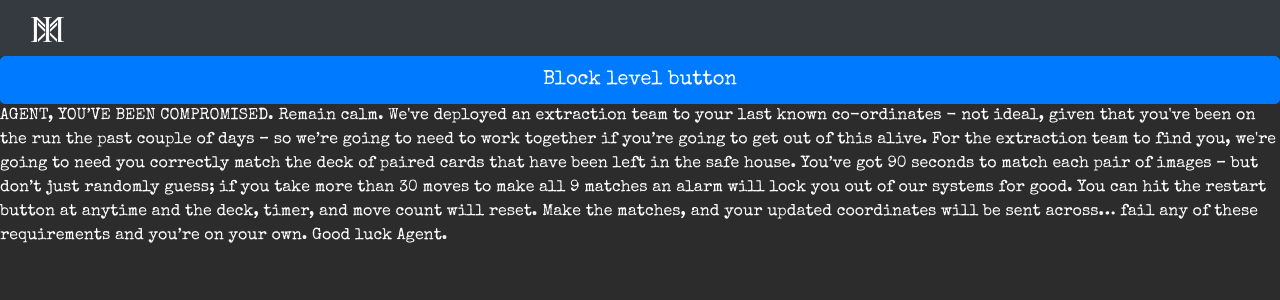
Repository: Code-Institute-Submissions/Milestone-25
Page: index.html
The author's editor kept a record of every edit. The page is drawn from the files as they stood at one moment, then again after the next edit.
The browser window is 1280 px wide. The pictures show the whole page.

Above is the page before.

After the next edit:
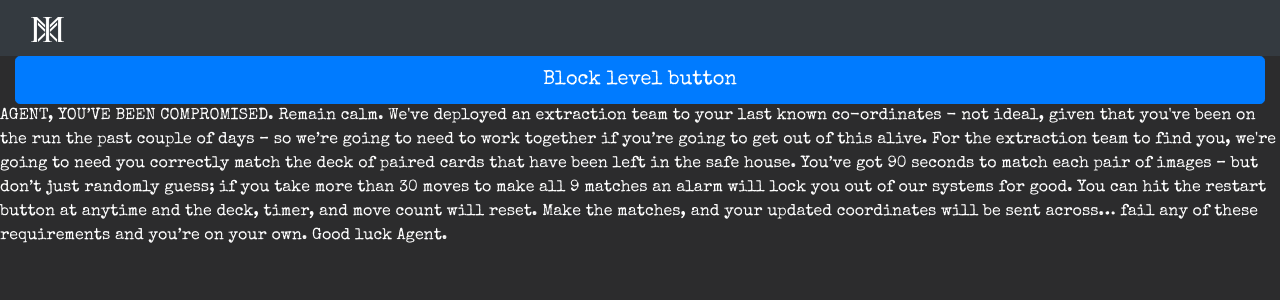
The edit:
--- a/index.html
+++ b/index.html
@@ -21,7 +21,9 @@
   </nav>
 
   <!--Button to jump to game-->
-  <div>
+  <div class="container-fluid padding">
+        <div class="row padding">
+            <div class="col-md">
   <button type="button" class="btn btn-primary btn-lg btn-block">Block level button</button>
   </div>
 
